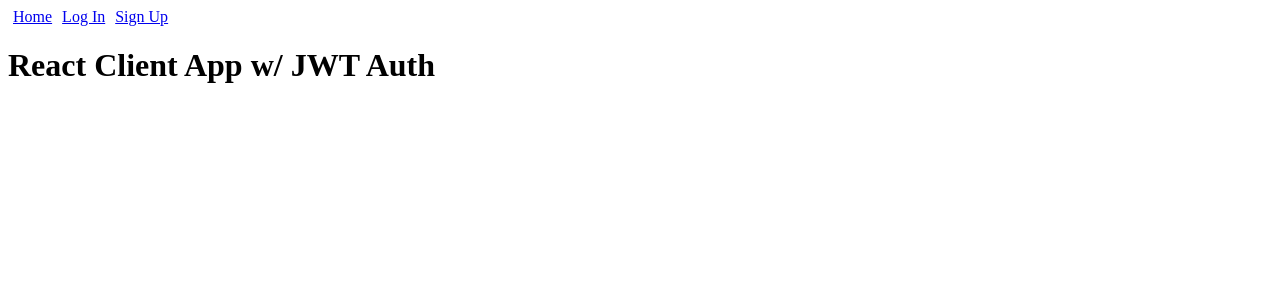
Repository: kaitlynMidori/react-jeopardy-app
Page: / (app in client/)
These files come from the project's save history. The page is drawn as it stood at one moment and after the next save; the edit follows.
The browser window is 1280 px wide. The pictures show the whole page.
The project was rebuilt for these pictures with package versions that can differ from the ones it lists, and the page was loaded fresh each time. Also part of the build but not shown: client/src/views/LogIn.jsx, client/src/views/LogOut.jsx, client/src/views/SignUp.jsx, client/src/components/PracticeCard/PracticeCard.js, client/src/utils/API.js, client/src/views/Practice.jsx, client/src/components/Container/Container.js, client/src/components/PlayerScore/PlayerScore.js and 14 more.

Above is the page before, as saved 2021-03-23 18:20:40.

### client/src/index.js
import React from 'react'
import ReactDOM from 'react-dom'
import { BrowserRouter as Router } from 'react-router-dom'
import 'milligram'
import './styles.css'

import App from './App'

ReactDOM.render(
	<Router><App /></Router>,
	document.getElementById('root')
)

### client/src/styles.css
.NavBar a, .NavBar button {
	margin: 0 5px;
	cursor: pointer;
}

.NavBar {
	margin-bottom: 20px
}

### client/src/App.jsx
import React from 'react'
import { Switch, Route, Redirect } from 'react-router-dom'
import httpClient from './httpClient'

import NavBar from './NavBar'
import LogIn from './views/LogIn'
import LogOut from './views/LogOut'
import SignUp from './views/SignUp'
// import VIP from './views/VIP'
import Practice from './views/Practice'
import Play from './views/Play'
import Leaderboard from './views/Leaderboard'
import Home from './views/Home'

class App extends React.Component {
	state = { currentUser: httpClient.getCurrentUser() }

	onLoginSuccess(user) {
		this.setState({ currentUser: httpClient.getCurrentUser() })
	}

	logOut() {
		httpClient.logOut()
		this.setState({ currentUser: null })
	}

	render() {
		const { currentUser } = this.state
		return (
			<div className='App container'>

				<NavBar currentUser={currentUser} />

				<Switch>

					<Route path="/login" render={(props) => {
						return <LogIn {...props} onLoginSuccess={this.onLoginSuccess.bind(this)} />
					}} />

					<Route path="/logout" render={(props) => {
						return <LogOut onLogOut={this.logOut.bind(this)} />
					}} />

					{/* the sign up component takes an 'onSignUpSuccess' prop which will perform the same thing as onLoginSuccess: set the state to contain the currentUser */}
					<Route path="/signup" render={(props) => {
						return <SignUp {...props} onSignUpSuccess={this.onLoginSuccess.bind(this)} />
					}} />

					<Route path="/practice" render={() => {
						return currentUser
							? <Practice />
							: <Redirect to="/login" />
					}} />

					<Route path="/play" render={() => {
						return currentUser
							? <Play />
							: <Redirect to="/login" />
					}} />

					<Route path="/leaderboard" render={() => {
						return currentUser
							? <Leaderboard />
							: <Redirect to="/login" />
					}} />

					<Route path="/" component={Home} />

				</Switch>
			</div>
		)
	}
}

export default App

### client/src/httpClient.js
import axios from 'axios'
import jwtDecode from 'jwt-decode'

// instantiate axios
const httpClient = axios.create()

httpClient.getToken = function() {
	return localStorage.getItem('token')
}

httpClient.setToken = function(token) {
	localStorage.setItem('token', token)
	return token
}

httpClient.getCurrentUser = function() {
	const token = this.getToken()
	if(token) return jwtDecode(token)
	return null
}

httpClient.logIn = function(credentials) {
	return this({ method: 'post', url: '/api/users/authenticate', data: credentials })
		.then((serverResponse) => {
			const token = serverResponse.data.token
			if(token) {
				// sets token as an included header for all subsequent api requests
				this.defaults.headers.common.token = this.setToken(token)
				return jwtDecode(token)
			} else {
				return false
			}
		})
}

// logIn and signUp functions could be combined into one since the only difference is the url we're sending a request to..
httpClient.signUp = function(userInfo) {
	return this({ method: 'post', url: '/api/users', data: userInfo})
		.then((serverResponse) => {
			const token = serverResponse.data.token
			if(token) {
				// sets token as an included header for all subsequent api requests
				this.defaults.headers.common.token = this.setToken(token)
				return jwtDecode(token)
			} else {
				return false
			}
		})
}

httpClient.logOut = function() {
	localStorage.removeItem('token')
	delete this.defaults.headers.common.token
	return true
}

// During initial app load attempt to set a localStorage stored token
// as a default header for all api requests.
httpClient.defaults.headers.common.token = httpClient.getToken()
export default httpClient

### client/src/NavBar.jsx
import React from 'react'
import { Link } from 'react-router-dom'

const NavBar = (props) => {
	return (
		<div className='NavBar'>
			<Link to="/">Home</Link>
			{props.currentUser
				? (
					<span>
						<Link to="/practice">Practice</Link>
						<Link to="/play">Play</Link>
						<Link to="/leaderboard">Leaderboard</Link>
						<Link to="/logout">Log Out</Link>
					</span>
				)
				: (
					<span>
						<Link to="/login">Log In</Link>
						<Link to="/signup">Sign Up</Link>
					</span>
				)
			}
		</div>
	)
}

export default NavBar

### client/src/views/Home.jsx
import React from 'react'

const Home = (props) => {
	return (
		<div className='Home'>
			<h1>React Client App w/ JWT Auth</h1>
		</div>
	)
}

export default Home

### client/src/views/style.css

Skip to content
Pulls
Issues
Marketplace
Explore
@kaitlynMidori
styled-components /
styled-components-website

33
512

    377

Code
Issues 24
Pull requests 27
Discussions
Actions

More
styled-components-website/components/Layout.js /
@probablyup
probablyup Update deps (#729)
Latest commit b782ee9 on Oct 4, 2020
History
6 contributors
@morajabi
@probablyup
@mxstbr
@el1f
@kitten
@halvves
69 lines (60 sloc) 1.49 KB
import styled, { css } from 'styled-components';
import rem from '../utils/rem';
import { mobile } from '../utils/media';
import { sidebarWidth } from '../utils/sizes';
import { bodyFont, headerFont } from '../utils/fonts';
import { blmMetal } from '../utils/colors';

export const Container = styled.div`
  padding-left: ${rem(sidebarWidth)};
  ${mobile(css`
    padding-left: 0;
  `)};
`;

export const Content = styled.div`
  width: ${rem(1024)};
  max-width: 100%;
  margin: 0 auto;
  padding: ${rem(90)} ${rem(40)} 0 ${rem(40)};
  box-sizing: border-box;
  font-family: ${bodyFont};
  transition: transform 150ms ease-out;
  ${mobile(css`
    padding: ${rem(100)} ${rem(20)} ${rem(30)} ${rem(20)};
    transform: translateX(${(p) => (p.moveRight ? rem(sidebarWidth) : 0)});
  `)};
  ${(p) =>
    p.hero &&
    css`
      font-family: ${headerFont};
      width: 75rem;
    `};
`;

export const Title = styled.h1`
  display: block;
  text-align: left;
  width: 100%;
  color: ${blmMetal};
  font-size: ${rem(42)};
  font-weight: bold;
  font-family: ${headerFont};
`;

export const Header = styled.h2`
  font-size: ${rem(32)};
  font-weight: 600;
  font-family: ${headerFont};
  margin: 2em 0 0.75em;
`;

export const SubHeader = styled.h3`
  display: block;
  margin: 2em 0 0.75em;
  font-size: ${rem(24)};
  font-weight: 600;
  font-family: ${headerFont};
`;

export const TertiaryHeader = styled.h4`
  display: block;
  margin: 2em 0 0.75em;
  font-size: ${rem(18)};
  font-weight: 600;
  font-family: ${headerFont};
`;

    © 2021 GitHub, Inc.
    Terms
    Privacy
    Security
    Status
    Docs

    Contact GitHub
    Pricing
    API
    Training
    Blog
    About

Loaded but not shown: client/public/index.html (common file)

After the next save:
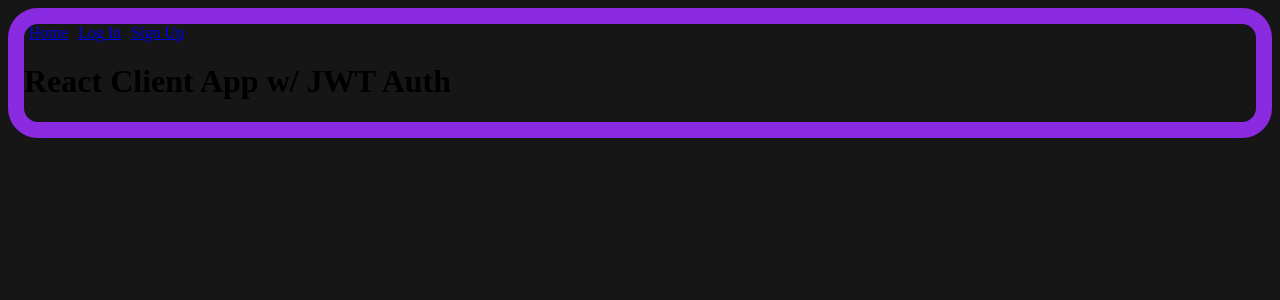
Saved 42 s later.
--- a/client/src/views/style.css
+++ b/client/src/views/style.css
@@ -1,115 +1,49 @@
+body {
+    background-color: rgb(23, 22, 22);
+    border-style: solid;
+    border-radius: 30px;
+    border-width: 1em;
+    border-color: blueviolet;
+}
 
-Skip to content
-Pulls
-Issues
-Marketplace
-Explore
-@kaitlynMidori
-styled-components /
-styled-components-website
+h2, h3 {
+    font-family: 'Alegreya Sans SC', sans-serif;
+}
 
-33
-512
+h2 {
+    color: white;
+}
 
-    377
+.playerNumBtn {
+    background: gold;
+    border: none;
+}
 
-Code
-Issues 24
-Pull requests 27
-Discussions
-Actions
+.playerNumBtn:hover {
+    background: rgb(26, 23, 168);
+    border: none;
+}
 
-More
-styled-components-website/components/Layout.js /
-@probablyup
-probablyup Update deps (#729)
-Latest commit b782ee9 on Oct 4, 2020
-History
-6 contributors
-@morajabi
-@probablyup
-@mxstbr
-@el1f
-@kitten
-@halvves
-69 lines (60 sloc) 1.49 KB
-import styled, { css } from 'styled-components';
-import rem from '../utils/rem';
-import { mobile } from '../utils/media';
-import { sidebarWidth } from '../utils/sizes';
-import { bodyFont, headerFont } from '../utils/fonts';
-import { blmMetal } from '../utils/colors';
+.endGameBtn {
+    background: gold;
+    border: none;
+    font-size: 20px;
+}
 
-export const Container = styled.div`
-  padding-left: ${rem(sidebarWidth)};
-  ${mobile(css`
-    padding-left: 0;
-  `)};
-`;
+.endGameBtn:hover {
+    background: red;
+    border: none;
+}
 
-export const Content = styled.div`
-  width: ${rem(1024)};
-  max-width: 100%;
-  margin: 0 auto;
-  padding: ${rem(90)} ${rem(40)} 0 ${rem(40)};
-  box-sizing: border-box;
-  font-family: ${bodyFont};
-  transition: transform 150ms ease-out;
-  ${mobile(css`
-    padding: ${rem(100)} ${rem(20)} ${rem(30)} ${rem(20)};
-    transform: translateX(${(p) => (p.moveRight ? rem(sidebarWidth) : 0)});
-  `)};
-  ${(p) =>
-    p.hero &&
-    css`
-      font-family: ${headerFont};
-      width: 75rem;
-    `};
-`;
+th {
+    color: white;
+}
 
-export const Title = styled.h1`
-  display: block;
-  text-align: left;
-  width: 100%;
-  color: ${blmMetal};
-  font-size: ${rem(42)};
-  font-weight: bold;
-  font-family: ${headerFont};
-`;
+td {
+    color: white;
+}
 
-export const Header = styled.h2`
-  font-size: ${rem(32)};
-  font-weight: 600;
-  font-family: ${headerFont};
-  margin: 2em 0 0.75em;
-`;
-
-export const SubHeader = styled.h3`
-  display: block;
-  margin: 2em 0 0.75em;
-  font-size: ${rem(24)};
-  font-weight: 600;
-  font-family: ${headerFont};
-`;
-
-export const TertiaryHeader = styled.h4`
-  display: block;
-  margin: 2em 0 0.75em;
-  font-size: ${rem(18)};
-  font-weight: 600;
-  font-family: ${headerFont};
-`;
-
-    © 2021 GitHub, Inc.
-    Terms
-    Privacy
-    Security
-    Status
-    Docs
-
-    Contact GitHub
-    Pricing
-    API
-    Training
-    Blog
-    About
+.leaderboardHeading {
+    color: white;
+    font-family: 'Alegreya Sans SC', sans-serif;
+}
